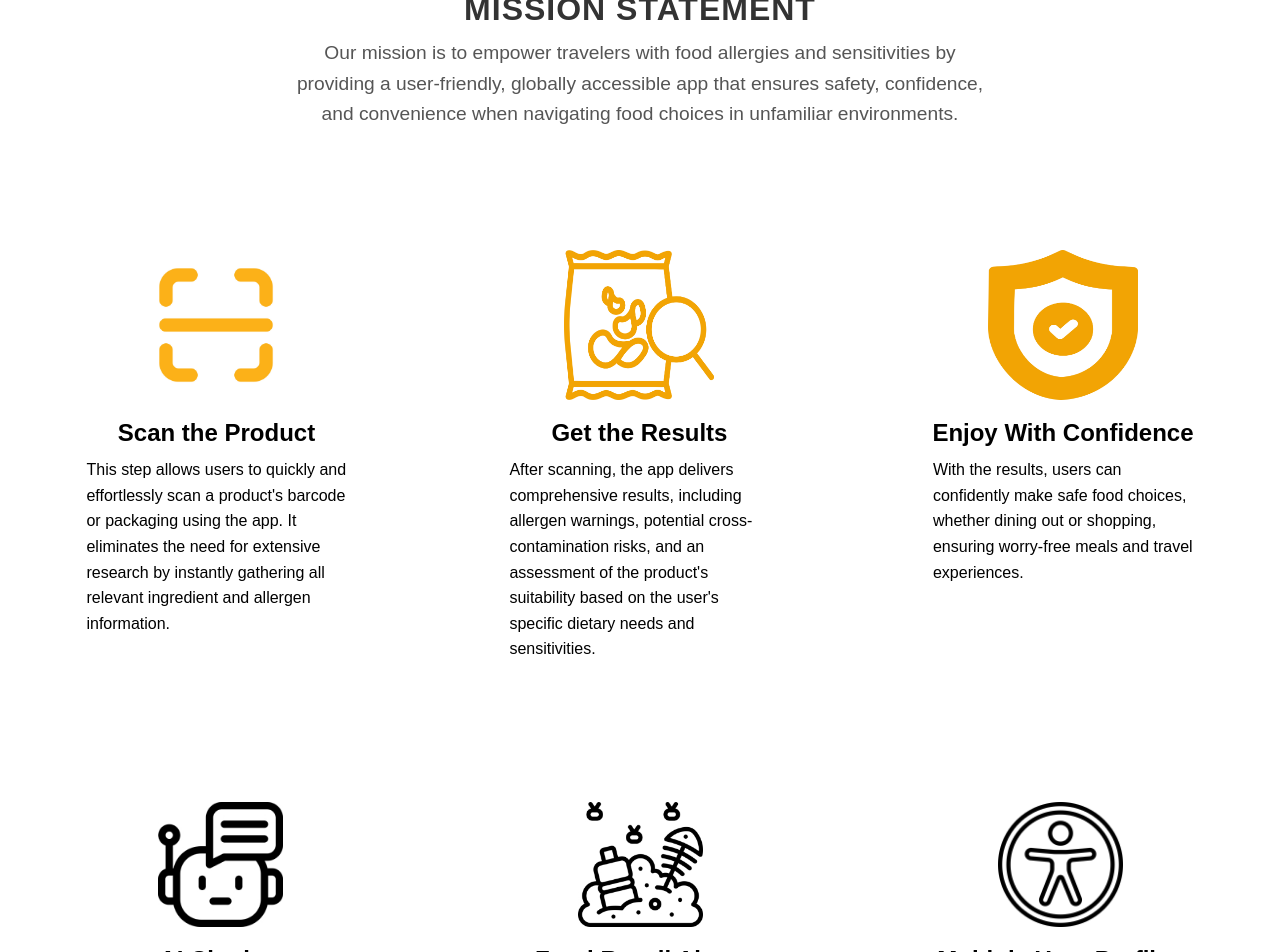
Repository: GavinPahal/landingpage
Page: /
The author's editor kept a copy of each file at every save. The page is drawn from the files as they stood at one save, then again after the next save.
The browser window is 1280 px wide. The pictures show the part of the page from y = 799 to 1751 px (the page is 2044 px tall before and 2094 px after).
The project was rebuilt for these pictures with package versions that can differ from the ones it lists, and the page was loaded fresh each time. The framework's server and built-in components were replaced by stand-ins that run in the browser. Also part of the build but not shown: next.config.mjs.

Above is the page before, as saved 2024-11-28 17:58:15.

### pages/_app.js
// pages/_app.js
import "@/styles/globals.css"; // Import the global CSS file

function MyApp({ Component, pageProps }) {
  return <Component {...pageProps} />;
}

export default MyApp;

### pages/index.js
// pages/index.js
import Hero from "../components/Hero";
import Features from "../components/Features";
import Footer from "../components/Footer";
import Product from "../components/Product"

export default function Home() {
  return (
    <div>
      <Hero />
      <Features />
      <Product />
      <Footer />
    </div>
  );
}

### styles/globals.css
/* Global Styles */
* {
  margin: 0;
  padding: 0;
  box-sizing: border-box;
}

body {
  font-family: Arial, sans-serif;
  color: #333;
  overflow-x: hidden; /* Prevent horizontal overflow */
}

/* Hero Section */
.hero {
  display: flex; /* Use flexbox to align elements */
  position: relative;
  height: 100vh;
  width: 100%; /* Ensure the hero section spans the full width */
  background-color: #2d2d2d; /* Dark background to contrast with the image */
}

.imageWrapper {
  position: relative;
  width: 100%; /* Left side takes full width */
  height: 100%;
}

.imageContainer {
  position: absolute;
  top: 0;
  left: 0;
  width: 100%;
  height: 100%;
  filter: blur(8px); /* Add blur effect to the image */
  object-fit: cover;
}

.overlay {
  position: absolute;
  top: 0;
  left: 0;
  width: 100%;
  height: 100%;
  background: rgba(0, 0, 0, 0.6); /* Dark overlay to ensure text stands out */
  color: white;
  display: flex;
  flex-direction: column;
  justify-content: center;
  align-items: flex-start;
  padding: 60px 40px; /* Increased padding for more space */
  text-align: left;
}

.heroTitle {
  display: flex;
  align-items: center; /* Align logo and title horizontally */
  margin-bottom: 40px; /* Space between title and the rest of the content */
  position: relative; /* Allow positioning adjustments */
  top: -80px; /* Move the logo and title even higher */
}

.heroTitle img {
  margin-right: 20px; /* Add space between logo and title */
}

.heroTitle h1 {
  font-size: 2rem; /* Bigger font for app name */
  font-weight: bold;
  color: #ffffff; /* Bright color to stand out */
  text-transform: uppercase;
}

.tagline {
  font-size: 5rem; /* Make "BEST NATURE APP" 5rem */
  font-weight: bold;
  margin-bottom: 0; /* Remove extra space between the lines */
  color: #ffffff; /* Striking color */
  text-shadow: 3px 3px 5px rgba(0, 0, 0, 0.8); /* Enhanced text visibility */
  line-height: 1.1; /* Adjust line-height to decrease space between lines */
  letter-spacing: 1.5px;
  display: block;
  max-width: 100%; /* Ensure text doesn't overflow */
}

.bestNature {
  display: block;
  font-size: 3rem; /* Adjust to smaller font size for the first part */
}

.appEver {
  display: block;
  margin-top: 0;
  font-size: 3rem;
}

.subTagline {
  font-size: 1.2rem;
  margin-top: 20px;
  margin-bottom: 40px;
  line-height: 1.6;
  max-width: 650px;
  color: white;
  letter-spacing: 0.5px;
  text-align: left;
}

.demoText {
  display: block;
  font-size: 1.4rem;
  font-weight: bold;
}

.natureText {
  display: block;
  font-size: 1.2rem;
  margin-top: 10px;
  font-style: italic;
  letter-spacing: 0.3px;
}

/* CTA Button */
.ctaButton {
  background-color: #00C9A2;
  color: #ffffff;
  padding: 15px 40px;
  font-size: 1.4rem;
  border: none;
  border-radius: 50px;
  text-align: center;
  margin-top: 60px;
  cursor: pointer;
  transition: background-color 0.3s, transform 0.3s;
  text-decoration: none;
}

.ctaButton:hover {
  background-color: #035343;
}

.ctaButton:focus {
  outline: none;
}

.rightImageWrapper {
  position: absolute;
  left: 62%;
  bottom: 20px;
  width: 400px;
  height: auto;
  z-index: 2;
  margin-top: 100px;
}

.rightImageContainer {
  position: relative;
  width: 100%;
  height: 100%;
}

.rightImageContainer img {
  width: 100%;
  height: auto;
  border-radius: 8px;
  object-fit: cover;
}

.features {
  padding: 50px 20px;
  text-align: center;
}
.features h2 {
  font-size: 2.5rem;
  font-weight: bold;
  color: #ffffff;
  margin-bottom: 30px;
  text-transform: uppercase;
  letter-spacing: 1px;
}

.infoCards {
  display: flex;
  flex-wrap: wrap;
  justify-content: space-around;
  gap: 30px;
  margin-bottom: 40px;
}

.card {
  text-align: center;
  margin: 0 auto; /* Ensure cards are centered */
}

.card:first-child { /* Target the first feature card */
  max-width: 400px; /* Restrict width for a cleaner layout */
  margin: 20px auto; /* Center the card horizontally and add spacing */
}

.card:first-child p {
  text-align: left; /* Center-align the text for the first card */
  max-width: 280x; /* Ensure text does not overflow the card */
  margin: 0 auto;
}

.card img {
  margin-bottom: 15px;
}

.card h3 {
  font-size: 1.5rem;
  font-weight: 600;
  color: #000000;
  margin-bottom: 10px;
}

.card p {
  font-size: 1rem;
  line-height: 1.6;
  color: #000000;
  max-width: 260px;
  margin: 0 auto;
  text-align: left;
}

.text1 {
  font-size: 1rem;
  line-height: 1.6;
  color: #000000;
  max-width: 250px;
  margin: 0 auto;
  text-align: left;
}

.text2 {
  font-size: 1rem;
  line-height: 1.6;
  color: #000000;
  max-width: 250px;
  margin: 0 auto;
  text-align: left;
}

.missionStatement {
  text-align: center; /* Center the text */
  margin-bottom: 100px; /* Add some spacing below the mission statement */
  padding: 20px;
  border-radius: 8px; /* Rounded corners */
}

.missionStatement h2 {
  font-size: 2rem;
  font-weight: bold;
  color: #333;
  margin-bottom: 10px;
  font-weight: bold;
}

.missionStatement p {
  font-size: 1.2rem;
  line-height: 1.6;
  color: #555;
  max-width: 710px;
  margin: 0 auto;
}



@media (max-width: 1024px) {
  .hero {
    flex-direction: column; /* Stack elements vertically on smaller screens */
  }

  .overlay {
    padding: 40px 20px; /* Reduced padding for smaller screens */
    text-align: center; /* Center-align text on smaller screens */
  }

  .heroTitle {
    margin-bottom: 20px; /* Reduce space between the title and the tagline */
    top: 0; /* Reset top positioning for better alignment */
  }

  .tagline {
    font-size: 3rem; /* Decrease font size on smaller screens */
  }

  .bestNature, .appEver {
    font-size: 2.5rem; /* Smaller font size for better readability */
  }

  .subTagline {
    font-size: 1rem; /* Adjust subtagline font size for smaller screens */
    max-width: 100%; /* Allow full-width display */
    padding: 0 20px; /* Add padding to the sides */
  }

  .rightImageWrapper {
    left: 50%; /* Center the image on smaller screens */
    bottom: 10px;
    width: 300px; /* Reduce image size */
    margin-top: 60px;
  }
}

/* CTA Button Adjustments */
@media (max-width: 768px) {
  .ctaButton {
    padding: 12px 30px; /* Reduced padding for better proportion on small screens */
    font-size: 1.2rem; /* Smaller font size */
    width: 90%; /* Allow the button to take up more space on smaller screens */
    margin-top: 40px; /* Reduced top margin */
  }
}

/* Feature Section Adjustments */
@media (max-width: 768px) {
  .features {
    padding: 30px 20px; /* Reduce padding */
  }

  .features h2 {
    font-size: 2rem; /* Smaller font size for headings */
  }

  .infoCards {
    flex-direction: column; /* Stack cards vertically */
    align-items: center;
    gap: 20px; /* Reduced gap between cards */
  }

  .card {
    max-width: 90%; /* Ensure cards take full width on smaller screens */
    margin: 10px auto; /* Center the cards */
  }

  .card h3 {
    font-size: 1.2rem; /* Decrease font size */
  }

  .card p {
    font-size: 0.9rem; /* Smaller text for better readability */
  }
}

/* Final Adjustments */
@media (max-width: 480px) {
  .hero {
    height: auto; /* Allow the hero section to adjust to content */
  }

  .overlay {
    padding: 20px; /* Even smaller padding */
    text-align: center;
  }

  .tagline {
    font-size: 2.5rem; /* Further decrease tagline size */
  }

  .ctaButton {
    padding: 10px 20px; /* Smaller padding for mobile screens */
    font-size: 1rem; /* Reduce font size */
  }

  .features h2 {
    font-size: 1.6rem; /* Adjust feature section heading */
  }

  .card {
    max-width: 100%; /* Ensure the cards take full width */
  }

  .text1, .text2 {
    font-size: 0.9rem; /* Adjust text sizes for smaller screens */
  }
}

### components/Hero.js
import Image from "next/image";

export default function Hero() {
  return (
    <section className="hero">
      <div className="imageWrapper">
        <div className="imageContainer">
          <Image
            src="/images/grocey.jpg"
            alt="Nature Image"
            layout="fill"
            objectFit="cover"
          />
        </div>
        <div className="overlay">
          <div className="heroTitle">
            <Image
              src="/images/logo.webp"
              alt="Goldibite Logo"
              width={50}
              height={50}
            />
            <h1>Goldibite</h1>
          </div>
          <p className="tagline">
            <span className="bestNature">YOUR BUDDY FOR</span>
            <span className="appEver">FOOD SAFETY</span>
          </p>
          <p className="subTagline">
            <span className="demoText">Get a demo and try our new app.</span>
            <span className="natureText">
            The Right Bite, Every Time
            </span>
          </p>
          <a href="#demo" className="ctaButton">
            TRY DEMO
          </a>
        </div>
      </div>


      <div className="rightImageWrapper">
        <div className="rightImageContainer">
          <Image
            src="/images/phone.png"
            alt="New Image"
            layout="intrinsic"
            width={500}
            height={500}
          />
        </div>
      </div>
    </section>
  );
}

### components/Features.js
import Image from "next/image";

export default function Features() {
  return (
    <section className="features">
      {/* Mission Statement Section */}
      <div className="missionStatement">
        <h2>Mission Statement</h2>
        <p>
          Our mission is to empower travelers with food allergies and sensitivities by providing a user-friendly, globally accessible app that ensures safety, confidence, and convenience when navigating food choices in unfamiliar environments.
        </p>
      </div>

      {/* Features Cards Section */}
      <div className="infoCards">
        <div className="card" style={{ margin: "0 10px" }}>
          <Image
            src="/images/iconamoon_scanner (1).jpg"
            alt="Feature 1"
            width={150}
            height={150}
          />
          <h3>Scan the Product</h3>
          <p>
            This step allows users to quickly and effortlessly scan a product's barcode or packaging using the app.
            It eliminates the need for extensive research by instantly gathering all relevant ingredient and allergen information.
          </p>
        </div>
        <div className="card" style={{ margin: "0 10px" }}>
          <Image
            src="/images/magnifying.jpg"
            alt="Feature 2"
            width={150}
            height={150}
          />
          <h3>Get the Results</h3>
          <p>
            After scanning, the app delivers comprehensive results, including allergen warnings, potential cross-contamination risks,
            and an assessment of the product's suitability based on the user's specific dietary needs and sensitivities.
          </p>
        </div>
        <div className="card" style={{ margin: "0 10px" }}>
          <Image
            src="/images/Confident.jpg"
            alt="Feature 3"
            width={150}
            height={150}
          />
          <h3>Enjoy With Confidence</h3>
          <p>
            With the results, users can confidently make safe food choices, whether dining out or shopping,
            ensuring worry-free meals and travel experiences.
          </p>
        </div>
      </div>
    </section>
  );
}

### components/Footer.js
export default function Footer() {
    return (
      <footer className="footer">
        <p>&copy; 2024 Basketball Skills Program. All rights reserved.</p>
      </footer>
    );
  }

### components/Product.js
import Image from "next/image";

export default function Features() {
  return (
    <section className="features">
      <div className="infoCards" style={{ gap: "20px" }}>
        <div className="card" style={{ margin: "0 10px" }}>
          <Image
            src="/images/chatbot.jpg"
            alt="Feature 1"
            width={125}
            height={125}
          />
          <h3>AI Chatbot</h3>
          <p>
            The AI barcode scanner identifies companies, flags ingredient
            issues or cross-contamination, and alerts users with links to
            related news or actions.
          </p>
        </div>
        <div className="card" style={{ margin: "0 10px" }}>
          <Image
            src="/images/trash.jpg"
            alt="Feature 2"
            width={125}
            height={125}
          />
          <h3>Food Recall Alerts</h3>
          <p>
            When a food product is scanned, the app monitors recalls and
            notifies users with sensitivities, including the product's name,
            image, and recall reason, ensuring timely safety alerts.
          </p>
        </div>
        <div className="card" style={{ margin: "0 10px" }}>
          <Image
            src="/images/accessibility.png"
            alt="Feature 3"
            width={125}
            height={125}
          />
          <h3>Multiple User Profiles</h3>
          <p>
            Users can create multiple profiles within one account, enabling
            personalized dietary management and preferences,
            like allergies and  language, for each family member or friend.
          </p>
        </div>
      </div>
    </section>
  );
}

Loaded but not shown: pages/_document.js (common file)

After the next save:
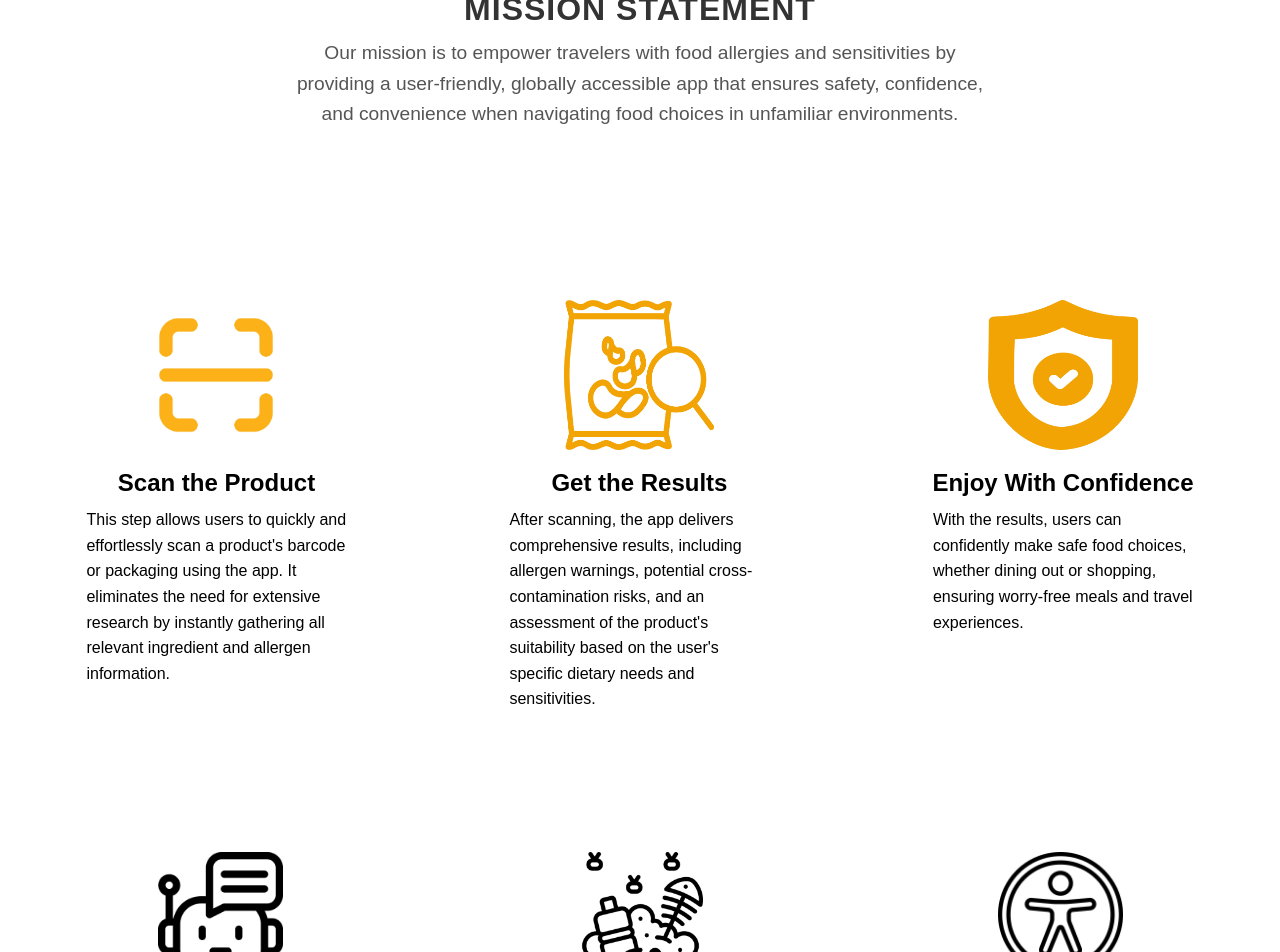
Saved 10 s later.
--- a/styles/globals.css
+++ b/styles/globals.css
@@ -242,7 +242,7 @@ body {
 
 .missionStatement {
   text-align: center; /* Center the text */
-  margin-bottom: 100px; /* Add some spacing below the mission statement */
+  margin-bottom: 150px; /* Add some spacing below the mission statement */
   padding: 20px;
   border-radius: 8px; /* Rounded corners */
 }
